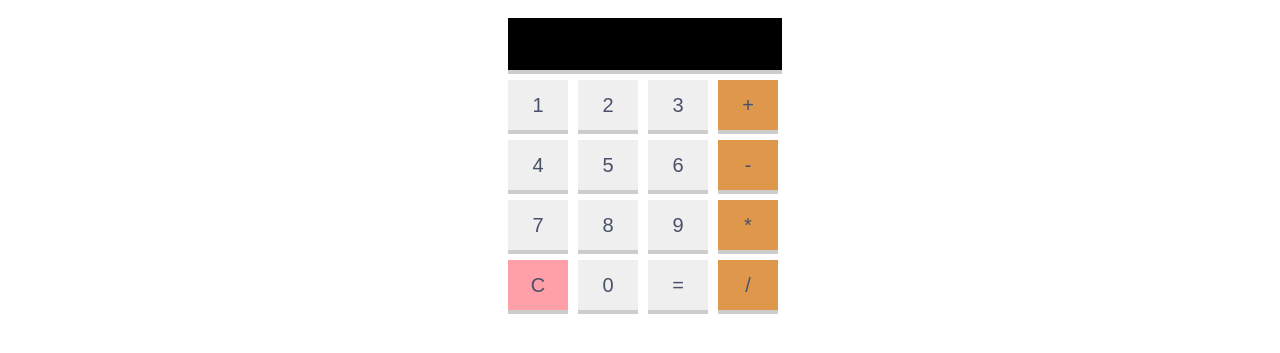
Repository: Drumstrum88/LAB-calculator
Page: index.html
These files come from the project's save history. The page is drawn as it stood at one moment and after a run of saves; the edit follows.
The browser window is 1280 px wide. The pictures show the whole page.

Above is the page before, as saved 2023-04-15 21:00:35.

After the next 2 saves:
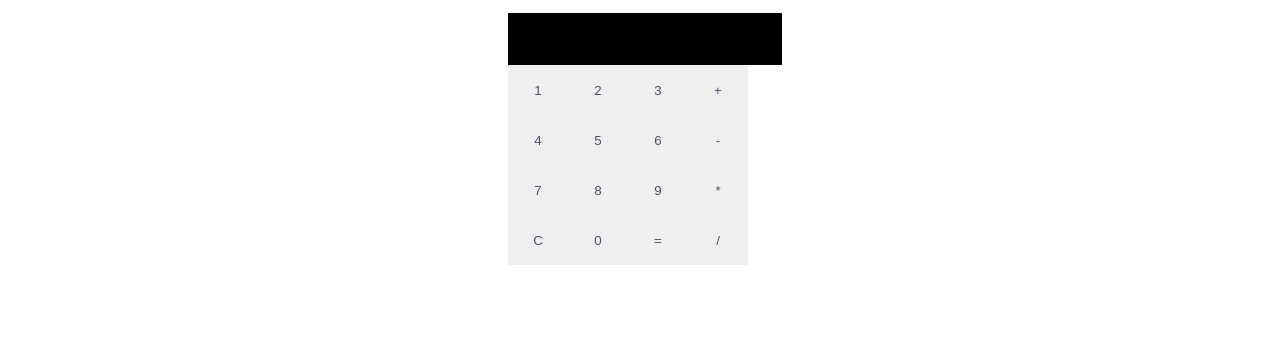
The 2 saves are shown as one change because they came seconds apart.
The last was saved 31 s later.
--- a/main.css
+++ b/main.css
@@ -38,7 +38,7 @@ input{
   width: 60px;
   height: 50px;
   float: left;
-  margin: 5px;
+  /*margin: 5px;
   font-size: 20px;
   box-shadow: 0 4px rgba(0,0,0,0.2);
 }
